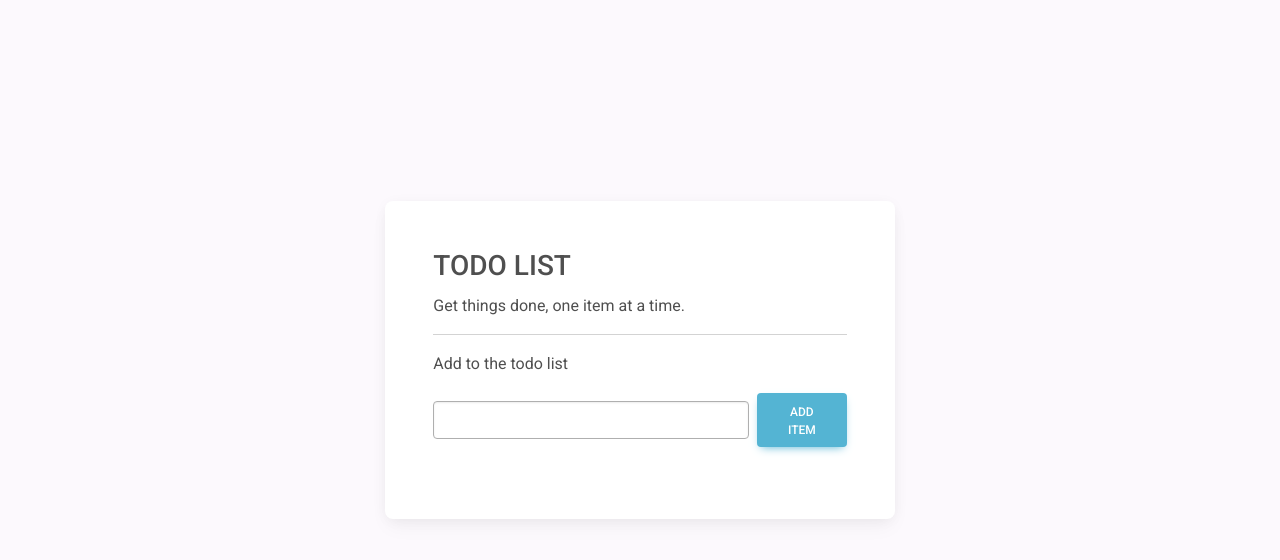
Repository: TinhTT336/MD02_HACKATHON01_HN_JV230620_BS_TranThiTinh_Basic
Page: /
An editor plug-in stored every save of this project. The page is shown before and after the next save, followed by the edit.
The browser window is 1280 px wide. The pictures show the whole page.
Some web libraries are served in a nearby version. The project was rebuilt for these pictures with package versions that can differ from the ones it lists, and the page was loaded fresh each time. Also part of the build but not shown: vite.config.js, src/App.css.

Above is the page before, as saved 2023-09-05 11:07:49.

### index.html
<!DOCTYPE html>
<html lang="en">
  <head>
    <meta charset="UTF-8" />
    <link rel="icon" type="image/svg+xml" href="/vite.svg" />
    <meta name="viewport" content="width=device-width, initial-scale=1.0" />
    <title>Vite + React</title>
    <link
      href="https://cdnjs.cloudflare.com/ajax/libs/font-awesome/6.0.0/css/all.min.css"
      rel="stylesheet"
    />
    <link
      href="https://fonts.googleapis.com/css?family=Roboto:300,400,500,700&display=swap"
      rel="stylesheet"
    />
    <link
      href="https://cdnjs.cloudflare.com/ajax/libs/mdb-ui-kit/6.2.0/mdb.min.css"
      rel="stylesheet"
    />
  </head>
  <body>
    <div id="root"></div>
    <script type="module" src="/src/main.jsx"></script>
  </body>
</html>

### src/App.jsx
import { useState } from 'react'
import './App.css'
import TodoList from './TodoList/todoList'

function App() {
  const [count, setCount] = useState(0)

  return (
    <>
      <TodoList />
    </>
  )
}

export default App

### src/index.css
/* :root {
  font-family: Inter, system-ui, Avenir, Helvetica, Arial, sans-serif;
  line-height: 1.5;
  font-weight: 400;

  color-scheme: light dark;
  color: rgba(255, 255, 255, 0.87);
  background-color: #242424;

  font-synthesis: none;
  text-rendering: optimizeLegibility;
  -webkit-font-smoothing: antialiased;
  -moz-osx-font-smoothing: grayscale;
  -webkit-text-size-adjust: 100%;
}

a {
  font-weight: 500;
  color: #646cff;
  text-decoration: inherit;
}
a:hover {
  color: #535bf2;
}

body {
  margin: 0;
  display: flex;
  place-items: center;
  min-width: 320px;
  min-height: 100vh;
}

h1 {
  font-size: 3.2em;
  line-height: 1.1;
}

button {
  border-radius: 8px;
  border: 1px solid transparent;
  padding: 0.6em 1.2em;
  font-size: 1em;
  font-weight: 500;
  font-family: inherit;
  background-color: #1a1a1a;
  cursor: pointer;
  transition: border-color 0.25s;
}
button:hover {
  border-color: #646cff;
}
button:focus,
button:focus-visible {
  outline: 4px auto -webkit-focus-ring-color;
}

@media (prefers-color-scheme: light) {
  :root {
    color: #213547;
    background-color: #ffffff;
  }
  a:hover {
    color: #747bff;
  }
  button {
    background-color: #f9f9f9;
  }
} */
body {
  background-color: #fcf9fd !important;
}
.vh-100 {
  width: 50% !important;
  margin: 0 auto !important;
}

### src/TodoList/todoList.jsx
import React, { useRef, useState } from 'react'

export default function TodoList() {
    const [input, setInput] = useState("");
    const [todos, setTodos] = useState(() => {
        const list = JSON.parse(localStorage.getItem("todos")) || [];
        return list;
    });
    const inputRef = useRef();
    const [idEdit, setIdEdit] = useState(null);
    // ham them submit
    const handleSubmit = (e) => {
        e.preventDefault();
        if (input !== "") {
            const newTodo = {
                id: Date.now(),
                title: input,
                status: false,
            }
            const newList = [...todos, newTodo];
            setTodos(newList);
            localStorage.setItem("todos", JSON.stringify(newList));
            setInput("");
            inputRef.current.focus();
        }
        if (idEdit !== -1) {
            const newList = todos.map(t => t.id === idEdit ? (t = { ...t, title: input }) : (t = { ...t }));
            setTodos(newList);
            localStorage.setItem("todos", JSON.stringify(newList));
            inputRef.current.focus();
        }
    }
    // ham xoa
    const handleDelete = (id) => {
        const newList = todos.filter(t => t.id !== id);
        setTodos(newList);
        localStorage.setItem("todos", JSON.stringify(newList));
        inputRef.current.focus();
    }
    // ham sua
    const handleEdit = (id) => {
        const todoEdit = todos.find(t => t.id === id);
        setInput(todoEdit.title);
        setIdEdit(id);
        inputRef.current.focus();
    }
    // ham check
    const handleCheck = (id) => {
        const newList = todos.map(t => t.id === id ? (t = { ...t, status: !t.status }) : (t = { ...t }));
        setTodos(newList);
        localStorage.setItem("todos", JSON.stringify(newList));
        inputRef.current.focus();
    }
    return (
        <div>
            <section className="vh-100 gradient-custom">
                <div className="container py-5 h-100">
                    <div
                        className="row d-flex justify-content-center align-items-center
              h-100"
                    >
                        <div className="col col-xl-10">
                            <div className="card">
                                <div className="card-body p-5">
                                    <h3 style={{ marginBottom: 10 }}>
                                        TODO LIST
                                    </h3>
                                    <p>Get things done, one item at a time.</p>
                                    <hr></hr>
                                    {/* Tabs content */}
                                    <div className="tab-content">
                                        <div className="tab-pane fade show active">
                                            <ul className="list-group mb-0">
                                                {todos.map(t => (
                                                    <li key={t.id}
                                                        className="list-group-item d-flex
                                          align-items-center border-0 mb-2
                                          rounded justify-content-between"
                                                        style={{ backgroundColor: "#f4f6f7" }}
                                                    >
                                                        {t.status === true ? (<s>{t.title}</s>) : (<span>{t.title}</span>)}
                                                        <div>
                                                            <input
                                                                className="form-check-input me-2"
                                                                type="checkbox" checked={t.status === true} onChange={() => handleCheck(t.id)}
                                                            />
                                                            <a className="text-info" title="Sửa công việc" onClick={() => handleEdit(t.id)}>
                                                                <i
                                                                    className="fas
                                                      fa-pencil-alt
                                                      me-3"
                                                                />
                                                            </a>
                                                            <a onClick={() => handleDelete(t.id)}
                                                                className="text-danger"
                                                                title="Xóa công việc"
                                                            >
                                                                <i
                                                                    className="fas
                                                      fa-trash-alt"
                                                                />
                                                            </a>
                                                        </div>
                                                    </li>
                                                ))}
                                            </ul>
                                            <div className="tab-content">
                                                <p>Add to the todo list</p>
                                                <form onSubmit={handleSubmit}
                                                    className="d-flex justify-content-center
                              align-items-center mb-4"
                                                >
                                                    <div className="form-outline flex-fill">
                                                        <input type="text" id="form2" className="form-control" style={{ border: "1px solid #afafaf" }} value={input} onChange={(e) => setInput(e.target.value)} ref={inputRef} />
                                                        {/* <label className="form-label" htmlFor="form2">
                                                            ADD ITEM
                                                        </label> */}
                                                    </div>
                                                    <button
                                                        type="submit"
                                                        className="btn btn-info
                                  ms-2"
                                                    >
                                                        ADD ITEM
                                                    </button>
                                                </form>
                                            </div>
                                        </div>
                                    </div>
                                    {/* Tabs content */}
                                </div>
                            </div>
                        </div>
                    </div>
                </div>
            </section >

        </div >
    )
}

Loaded but not shown: src/main.jsx (common file)

After the next save:
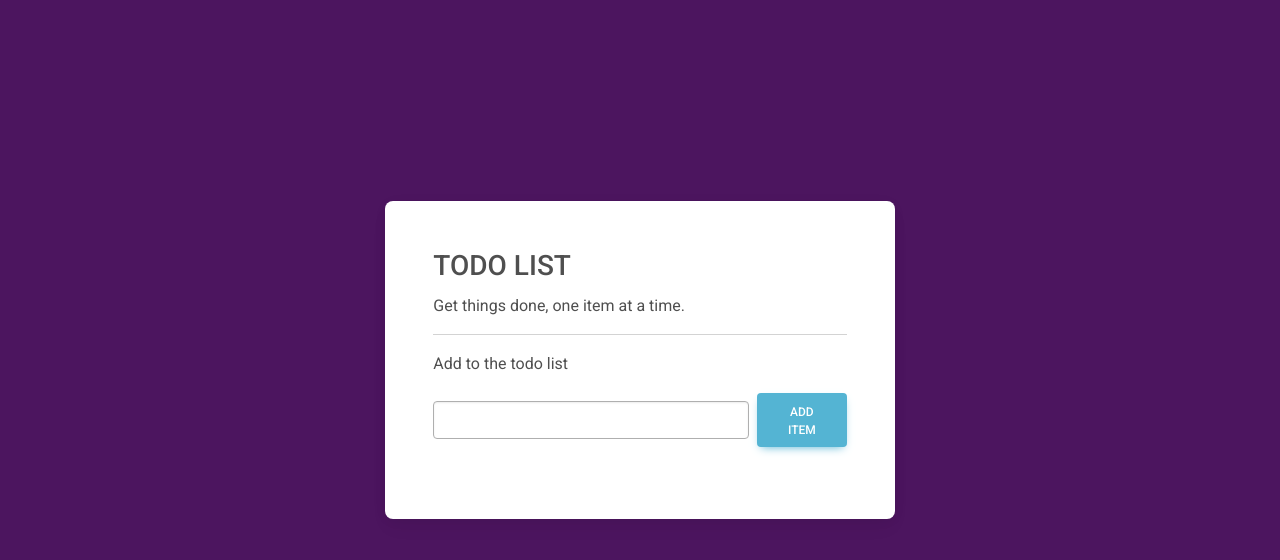
Saved 6 s later.
--- a/src/index.css
+++ b/src/index.css
@@ -68,7 +68,7 @@ button:focus-visible {
   }
 } */
 body {
-  background-color: #fcf9fd !important;
+  background-color: #4c155f !important;
 }
 .vh-100 {
   width: 50% !important;
